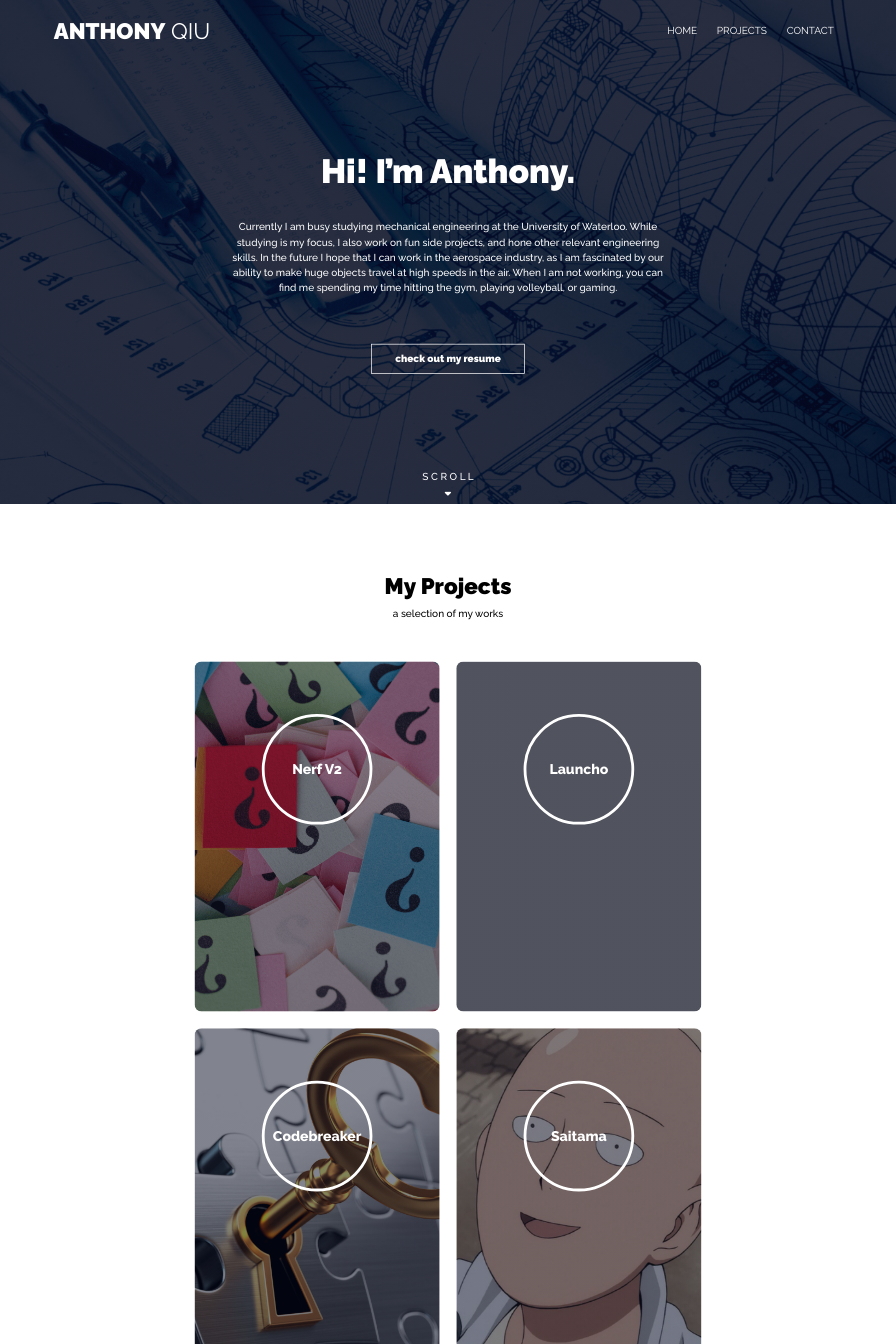
Repository: 7UM1N/anthonyq.github.io
Page: index.html
The author's editor kept a copy of each file at every save. The page is drawn from the files as they stood at one save, then again after the next save.
The browser window is 1280 px wide. The pictures show the part of the page from y = 0 to 1920 px (the page is 2797 px tall), at 70% of full size.
Pictures or frames that could not be fetched are drawn as grey boxes.

Above is the page before, as saved 2023-01-15 19:48:43.

### index.html
<!DOCTYPE html>
<html lang="en">
    <head>
        <meta charset="UTF-8">
        <meta name="viewport" content="width=device-width, initial-scale=1.0">
        <title>Anthony Qiu</title>
        <link rel="icon" type="image/jpg" href="/img/favicon.ico"/>
        <link rel="stylesheet" href="https://cdnjs.cloudflare.com/ajax/libs/normalize/8.0.1/normalize.min.css" integrity="sha512-NhSC1YmyruXifcj/KFRWoC561YpHpc5Jtzgvbuzx5VozKpWvQ+4nXhPdFgmx8xqexRcpAglTj9sIBWINXa8x5w==" crossorigin="anonymous" referrerpolicy="no-referrer" />
        <link rel="stylesheet" href="https://cdnjs.cloudflare.com/ajax/libs/font-awesome/6.2.1/css/all.min.css" integrity="sha512-MV7K8+y+gLIBoVD59lQIYicR65iaqukzvf/nwasF0nqhPay5w/9lJmVM2hMDcnK1OnMGCdVK+iQrJ7lzPJQd1w==" crossorigin="anonymous" referrerpolicy="no-referrer" />
        <link rel="stylesheet" href="css/style.css">
        <link rel="preconnect" href="https://fonts.googleapis.com">
        <link rel="preconnect" href="https://fonts.gstatic.com" crossorigin>
        <link href="https://fonts.googleapis.com/css2?family=Raleway:ital,wght@0,100;0,200;0,300;0,400;0,500;0,600;0,700;0,800;0,900;1,100;1,200;1,300;1,400;1,500;1,600;1,700;1,800;1,900&display=swap" rel="stylesheet">
    </head>
    <body>

        <!-- header -->
        <header>
            <nav>
                <a class="logo" href="index.html">
                    <strong>ANTHONY</strong> QIU
                </a>
                <div class="nav-links" id="navLinks">
                    <ul>
                        <i class="fa-solid fa-xmark" onclick="hideMenu()"></i>
                        <li><a href="index.html" >HOME</a></li>
                        <li><a href="index.html#projects">PROJECTS</a></li>
                        <li><a href="contact.html">CONTACT</a></li>
                    </ul>
                </div>
                <i class="fa-solid fa-bars" onclick="showMenu()"></i>
            </nav>
            <div class="text-box">
                <!--<img src="img/anthonyqiu.jpg">-->
                <h1>Hi! I’m Anthony.</h1>
                <p>
                    Currently I am busy studying mechanical engineering at the University of Waterloo. While studying is my focus,
                    I also work on fun side projects, and hone other relevant engineering skills. In the future I hope that I can
                    work in the aerospace industry, as I am fascinated by our ability to make huge objects travel at high speeds in the air.
                    When I am not working, you can find me spending my time hitting the gym, playing volleyball, or gaming.
                </p>
                <a href="Resume.pdf" class="hero-btn"><strong>check out my resume</strong></a>
            </div>
            <div class="scroll">
                <p>S C R O L L<br><i class="fa-solid fa-sort-down"></i></p>
            </div>
        </header>

        <!-- projects -->
        <section class="projects" id="projects">
            <h2>My Projects</h2>
            <p>a selection of my works</p>
            <div class="portfolio">
                <a href="">
                    <div class="portfolio-item nerfv2">
                        <h3>Nerf V2</h3>
                        <p>coming soon...</p>
                    </div>
                </a>
                <a href="launcho.html">
                    <div class="portfolio-item launcho">
                        <h3>Launcho</h3>
                        <p>spring powered toy rocket</p>
                    </div>
                </a>
                <a href="codebreaker.html">
                    <div class="portfolio-item codebreaker">
                        <h3>Codebreaker</h3>
                        <p>the ultimate mastermind</p>
                    </div>
                </a>
                <a href="saitama.html">
                    <div class="portfolio-item saitama">
                        <h3>Saitama</h3>
                        <p>a discord bot</p>
                    </div>
                </a>
                <a href="this-website.html">
                    <div class="portfolio-item this-website">
                        <h3>This Website</h3>
                        <p>an html creation</p>
                    </div>
                </a>
            </div>
        </section>

        <!-- footer -->
        <footer class="footer">
            <a href="mailto:anthony.bo.qiu@gmail.com" class="email">anthony.bo.qiu@gmail.com</a>
            <ul class="socials">
                <li class="socials-item">
                    <a class="social-item-link" href="https://www.linkedin.com/in/anthonyboqiu">
                        <i class="fa-brands fa-linkedin"></i>
                    </a>
                </li>
                <li class="socials-item">
                    <a class="social-item-link" href="https://github.com/anthonyqiu">
                        <i class="fa-brands fa-github"></i>
                    </a>
                </li>
            </ul>
            <P class="love">made with <i class="fa-regular fa-heart"></i> by Anthony</p>
        </footer>

        <!-- javascript-->
        <script src="js/index.js"></script>
    </body>
</html>

### css/style.css
/*custom properties*/
:root {
    --ff-primary: 'Raleway', sans-serif;
    --ff-secondary: 'Raleway', sans-serif;

    --fw-reg: 500;
    --fw-bold: 850;

    --clr-light: #fff;
    --clr-dark: #000000;
    --clr-accent: #e281ff;

    --fs-h1: 3rem;
    --fs-h2: 2rem;
    --fs-h3: 1.25rem;
    --fs-h4: 1.05rem;
    --fs-body: 0.9rem;

    --bs: 0.25em 0.25em 0.75em rgba(0, 0, 0, .25), 0.125em 0.125em 0.25em rgba(0, 0, 0, .15);
}

* {
    margin: 0;
    padding: 0;
    font-family: var(--ff-primary);
}

/* typography */
h1,
h2,
h3 {
    line-height: 1.1;
}

h1, h2, h3, h4 {
    font-weight: var(--fw-bold);
}

h1 {font-size: var(--fs-h1)}
h2 {font-size: var(--fs-h2)}
h3 {
    font-size: var(--fs-h3);
    font-weight: 800;
}
h4 {
    font-size: var(--fs-h4);
}

p {
    font-size: var(--fs-body);
    font-weight: var(--fw-reg);
    line-height: 150%;
    padding: 10px;
}

a:link {
    text-decoration: none;
}

a:visited {
    text-decoration: none;
}

a:hover {
    text-decoration: none;
}

a:active {
    text-decoration: none;
}

strong {font-weight: var(--fw-bold);}

/*header*/
header {
    min-height: 100vh;
    width: 100%;
    background-image: linear-gradient(rgba(4, 9, 30, 0.85), rgba(4, 9, 30, 0.85)), url(../img/blueprint.jpeg);
    background-position: center;
    background-size: cover;
    position: relative;
}

header img {
    max-width: 20vh;
    border-radius: 7%;
}

nav {
    display: flex;
    padding: 2% 6%;
    justify-content: space-between;
    align-items: center;
}

.logo {
    color: var(--clr-light);
    text-decoration: none;
    font-size: var(--fs-h2);
}

.nav-links {
    flex: 1;
    text-align: right;
}

.nav-links ul li {
    list-style: none;
    display: inline-block;
    padding: 8px 12px;
    position: relative;
}

.nav-links ul li a {
    color: var(--clr-light);
    text-decoration: none;
    font-size: var(--fs-body);
}

.nav-links ul li::after {
    content: '';
    width: 0%;
    height: 2px;
    background: var(--clr-light);
    display: block;
    margin: auto;
    transition: 0.5s;
}

.nav-links ul li:hover::after {
    width: 100%;
}

.text-box {
    width: 50%;
    color: var(--clr-light);
    position: absolute;
    top: 50%;
    left: 50%;
    transform: translate(-50%, -50%);
    text-align: center;
}

.text-box p {
    margin: 10px 0 40px;
    color: var(--clr-light);
}

.hero-btn {
    color: var(--clr-light);
    border: 1px solid var(--clr-light);
    display: inline-block;
    text-decoration: none;
    padding: 12px 34px;
    font-size: var(--fs-body);
    background: transparent;
    position: relative;
    cursor: pointer;
    margin-top: 20px;;
}

.hero-btn:hover {
    background: var(--clr-light);
    color: var(--clr-dark);
    transition: 1s;
}

.inverse-btn {
    color: var(--clr-dark);
    border: 1px solid var(--clr-dark);
}

.inverse-btn:hover {
    color: var(--clr-light);
    background: var(--clr-dark);
}

nav .fa-solid {
    display: none;
}

.scroll {
    color: var(--clr-light);
    text-align: center;
    position: absolute;
    top: 96%;
    left: 50%;
    transform: translate(-50%, -50%);
}

/*projects*/

.projects {
    width: 80%;
    margin: auto;
    text-align: center;
    padding-top: 100px;
    padding-bottom: 100px;
}

.projects p {
    color: var(--clr-dark);
}

.projects img {
    width: 12rem;
    height: 18rem;
    border-radius: 10px;
}

.portfolio {
    display: flex;
    flex-wrap: wrap;
    gap: 1.5rem;

    margin: auto;
    align-items: center;
    justify-content: center;
    margin-top: 3rem;
}

.portfolio-item {
    background-position: center;
    background-size: cover;
    position: relative;

    color: var(--clr-light);
    width: 350px;
    height: 500px;
    flex-shrink: 0;
    border-radius: 10px;
    box-sizing: border-box;
    transition: 0.5s;

    display: flex;
    justify-content: center;
    align-items: center;
    flex-direction: column;
}

.portfolio-item h3 {
    color: var(--clr-light);
    width: 150px;
    height: 150px;
    border-style: solid;
    border-width: 0.3rem;
    border-color: var(--clr-light);
    border-radius: 50%;

    position: relative;
    display: flex;
    justify-content: center;
    align-items: center;
    margin: auto;
}

.portfolio-item p {
    color: var(--clr-light);

    display: flex;
    justify-content: center;
    align-items: center;
    margin: auto;
    opacity: 0%;
    transition: 1s;
}

.nerfv2 {
    background-image: linear-gradient(rgba(4, 9, 30, 0.5), rgba(4, 9, 30, 0.5)), url(../img/coming-soon.webp);
}

.launcho {
    background-image: linear-gradient(rgba(4, 9, 30, 0.5), rgba(4, 9, 30, 0.5)), url(../img/launcho/launcho-card.jpg);
}

.codebreaker {
    background-image: linear-gradient(rgba(4, 9, 30, 0.5), rgba(4, 9, 30, 0.5)), url(../img/codebreaker/codebreaker-card.jpg);
}

.saitama {
    background-image: linear-gradient(rgba(4, 9, 30, 0.5), rgba(4, 9, 30, 0.5)), url(../img/saitama/saitama-banner.webp);
}

.this-website {
    background-image: linear-gradient(rgba(4, 9, 30, 0.5), rgba(4, 9, 30, 0.5)), url(../img/this-website/this-website-card.jpeg);
}

.portfolio-item h3 {
    vertical-align: middle;
}

.portfolio-item:hover {
    box-shadow: 0 0 20px 0px rgba(0, 0, 0, 0.80);
    filter: brightness(90%);
}

.portfolio-item:hover p {
    opacity: 100%;
}

.portfolio-item-text {
    position: absolute;
    top: 0;
}

/* footer */
.footer {
    background: var(--clr-dark);
    color: var(--clr-light);
    text-align: center;
    padding: 2.5em 0;
    font-size: var(--fs-h3);
    font-family: var(--ff-secondary);
}

.footer a {
    color: inherit;
    text-decoration: none;
}

.email {
    font-weight: var(--fw-bold);
    font-size: 11px;
}

.email:hover,
.social-item-link:hover {
    transform: scale(2);
    opacity: .5;
}

.email,
.social-item-link {
    transition:
        transform 750ms cubic-bezier(.5, 0, .5, 1),
        opacity 250ms linear;
}

.socials {
    list-style: none;
    display: flex;
    justify-content: center;
    margin: 0.25em 0 0;
    padding: 0;
}

.socials-item {
    margin: - .5em;
}

.socials-item {
    padding: .5em;
}

.love {
    font-size: 9px;
}

.fa-heart {
    color: var(--clr-accent);
}

/* sub header */
.sub-header {
    height: 100vh;
    width: 100%;
    background-image: linear-gradient(rgba(4, 9, 30, 0.7), rgba(4, 9, 30, 0.7)), url(../img/launcho/launcho-card.jpg);
    background-position: center;
    background-size: cover;
    text-align: center;
    margin: auto;
    position: relative;
}
.sub-header-contact {background-image: linear-gradient(rgba(4, 9, 30, 0.85), rgba(4, 9, 30, 0.85)), url(../img/blueprint.jpeg);}
.sub-header-nerfv2 {background-image: linear-gradient(rgba(4, 9, 30, 0.7), rgba(4, 9, 30, 0.7)), url(../img/coming-soon.webp);}
.sub-header-launcho {background-image: linear-gradient(rgba(4, 9, 30, 0.7), rgba(4, 9, 30, 0.7)), url(../img/launcho/launcho-card.jpg);}
.sub-header-codebreaker {background-image: linear-gradient(rgba(4, 9, 30, 0.7), rgba(4, 9, 30, 0.7)), url(../img/codebreaker/codebreaker-banner.jpg);}
.sub-header-saitama {background-image: linear-gradient(rgba(4, 9, 30, 0.7), rgba(4, 9, 30, 0.7)), url(../img/saitama/saitama-banner.webp);}
.sub-header-this-website {background-image: linear-gradient(rgba(4, 9, 30, 0.7), rgba(4, 9, 30, 0.7)), url(../img/this-website/this-website-card.jpeg);}

.sub-header .text-box {
    border-style: solid;
    border-width: 0.25rem;
    border-color: var(--clr-light);
}

.portfolio-item-section {
    text-align: center;
    padding-top: 100px;
    padding-bottom: 100px;
    width: 40%;

    position: relative;
    display: flex;
    justify-content: center;
    align-items: center;
    margin: auto;
    flex-direction: column;
}

.portfolio-item-section p {
    color: var(--clr-dark);
}

.portfolio-item-section img {
    max-width: 90%;
    max-height: 50vh;
    padding: 2rem;
}

.portfolio-item-section h2,
.portfolio-item-section h3 {
    margin-top: 1rem;
}

.contact {
    padding: 50px;
    width: 40%;
    margin: auto;
    text-align: center;
}

.contact input,
.contact textarea {
    width: 100%;
    padding: 15px;
    margin-bottom: 17px;
    outline: none;
    border: 1px solid var(--clr-dark);
    box-sizing: border-box;
}

/*smaller screens*/
@media(max-width: 800px) {
    .nav-links ul li {
        display: block;
    }

    .nav-links {
        position: fixed;
        background: var(--clr-dark);
        height: 100vh;
        width: 200px;
        top: 0;
        right: -200px;
        text-align: left;
        z-index: 2;
        transition: 1s;
    }

    nav .fa-solid {
        display: block;
        color: var(--clr-light);
        margin: 10px;
        font-size: var(--fs-h3);
        cursor: pointer;
    }

    .text-box {
        width: 90%;
    }

    header img {
        max-width: 10vh;
        border-radius: 3%;
    }

    .portfolio-item-section {
        width: 90%;
    }

    .contact {
        width: 70%;
    }
}

### js/index.js
//toggle menu
var navLinks = document.getElementById("navLinks");

function showMenu(){
    navLinks.style.right = "0";
}

function hideMenu(){
    navLinks.style.right = "-200px";
}

After the next save:
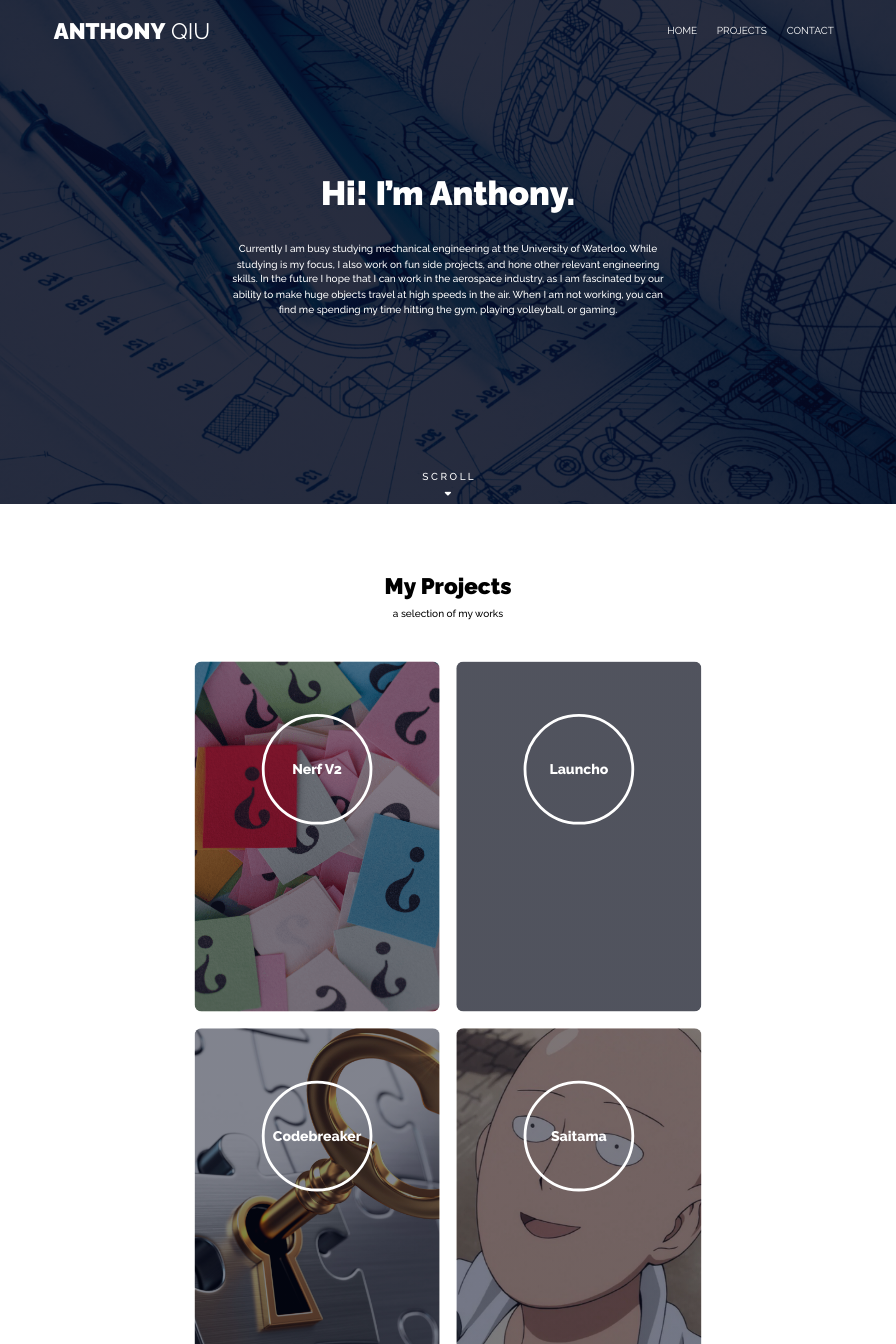
Saved 30 h 21 min later.
--- a/index.html
+++ b/index.html
@@ -39,7 +39,7 @@
                     work in the aerospace industry, as I am fascinated by our ability to make huge objects travel at high speeds in the air.
                     When I am not working, you can find me spending my time hitting the gym, playing volleyball, or gaming.
                 </p>
-                <a href="Resume.pdf" class="hero-btn"><strong>check out my resume</strong></a>
+                <!--<a href="Resume.pdf" class="hero-btn"><strong>check out my resume</strong></a>-->
             </div>
             <div class="scroll">
                 <p>S C R O L L<br><i class="fa-solid fa-sort-down"></i></p>
